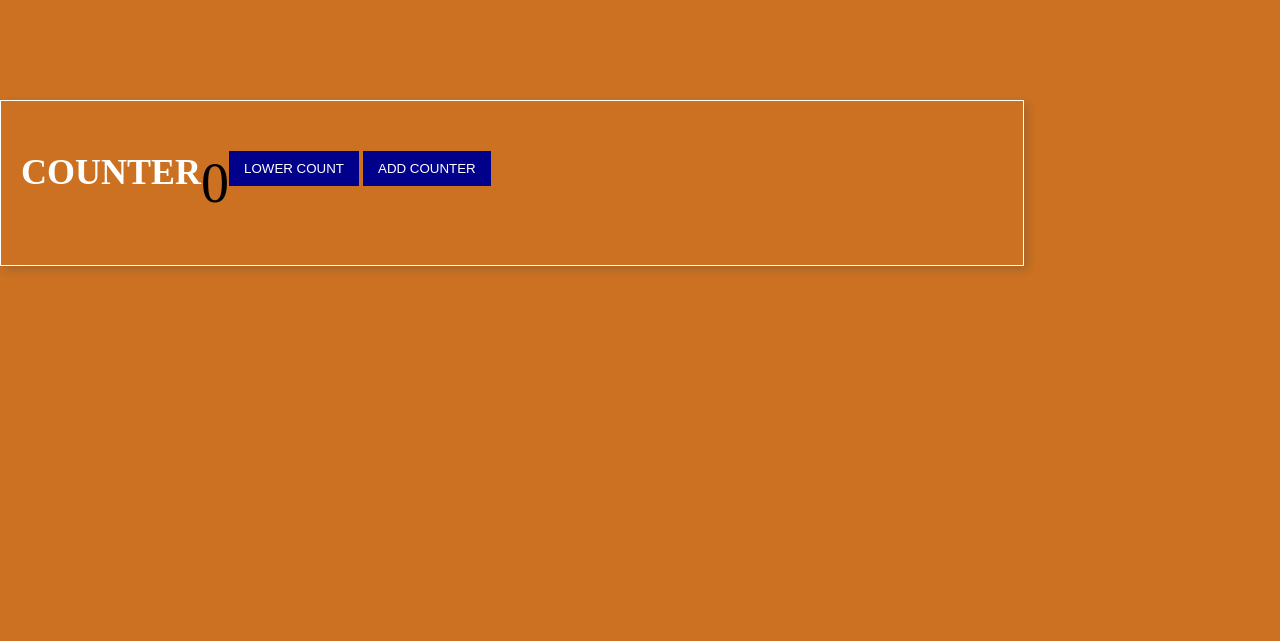
Repository: lusine-tech/counter
Page: index.html
An editor plug-in stored every save of this project. The page is shown before and after a run of saves, followed by the edit.
The browser window is 1280 px wide. The pictures show the whole page.

Above is the page before, as saved 2022-02-14 17:04:40.

### index.html
<!DOCTYPE html>
<html lang="en">
<head>
    <meta charset="UTF-8">
    <meta http-equiv="X-UA-Compatible" content="IE=edge">
    <meta name="viewport" content="width=device-width, initial-scale=1.0">
    <link rel="stylesheet" href="style.css">
    <title>counter</title>
</head>
<body>
    <section class="background">
        <div class="block">
            <h3 class="title">Counter</h3>
            <p class="num">0</p>
    <div class="buttons">
       <button class="btn" id="btn-left">lower count</button>
       <button class="btn" id="btn-right">add Counter</button>
    </div>
    </div>
    </section>
   <script src="/script.js"></script>
</body>
</html>

### style.css
*{
    margin: 0;
    padding: 0;
    box-sizing: border-box;
}

.background {
    height: 100vh;
    width: 100vw;
    background-color: #cb7121;
    text-align: center;
   padding-top: 100px;
}

.block {
    display: flex;

    width: 80%;
    border: 1px solid #fff;
    padding: 50px 20px;
    -webkit-box-shadow: 4px 4px 8px 0px rgba(34, 60, 80, 0.2);
-moz-box-shadow: 4px 4px 8px 0px rgba(34, 60, 80, 0.2);
box-shadow: 4px 4px 8px 0px rgba(34, 60, 80, 0.2);
}
.title {
    color: #fff;
    font-size: 36px;
    text-transform: uppercase;
}
.num {
    font-size: 56px;
}
.btn {
    padding: 10px 15px;
    color: #fff;
        cursor: pointer;
    transition: 0.5s ease;
    border: none;
    outline: none;
    background-color: #00008B;
    text-transform: uppercase;
}

Loaded but not shown: script.js (no copy from this time; the picture is the same without it)

After the next 4 saves:
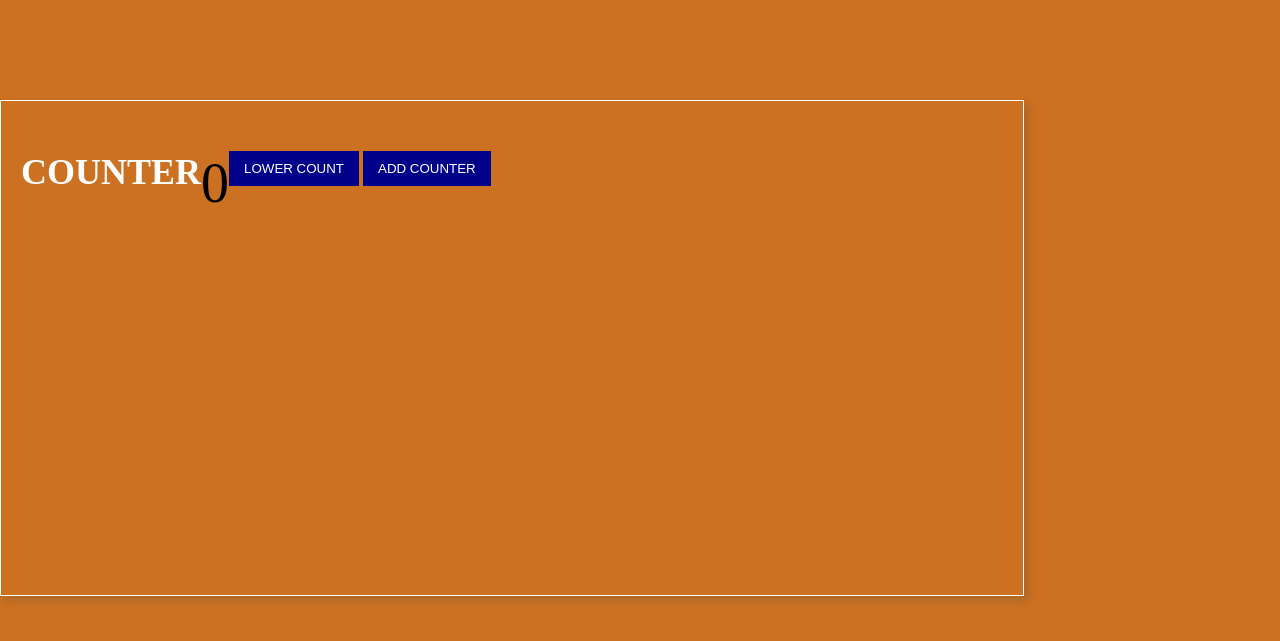
The 4 saves are shown as one change because they came seconds apart.
The last was saved 20 s later.
--- a/style.css
+++ b/style.css
@@ -14,7 +14,7 @@
 
 .block {
     display: flex;
-
+    height: 80%;
     width: 80%;
     border: 1px solid #fff;
     padding: 50px 20px;
